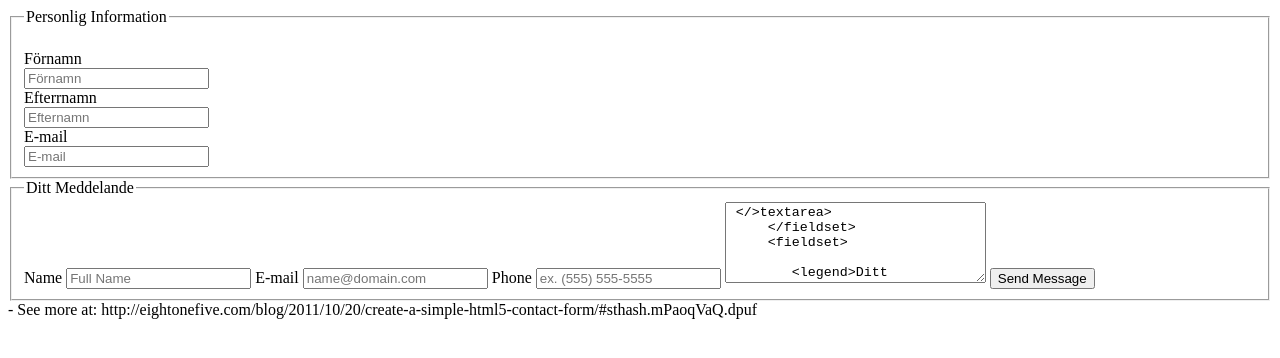
Repository: dn222em/1ik415-laborationer
Page: pages/Kontakt.html
The author's editor kept a record of every edit. The page is drawn from the files as they stood at one moment, then again after the next edit.
The browser window is 1280 px wide. The pictures show the whole page.

Above is the page before.

After the next edit:
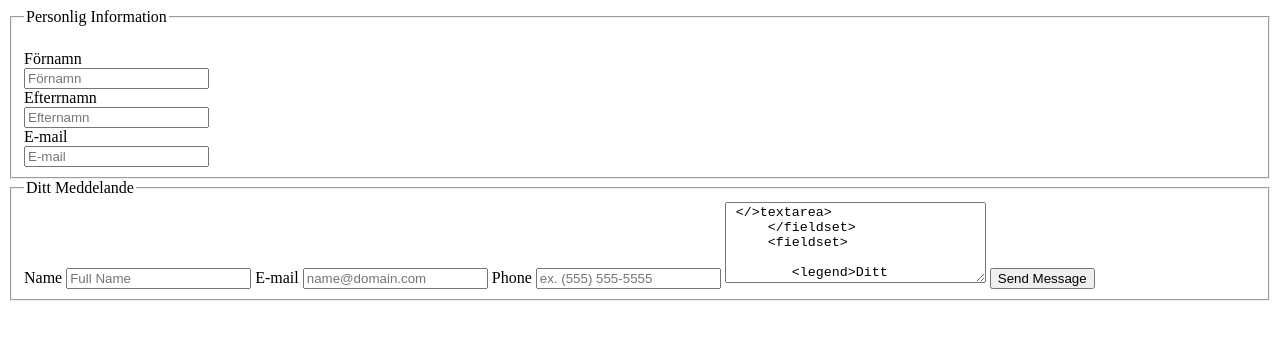
The edit:
--- a/pages/Kontakt.html
+++ b/pages/Kontakt.html
@@ -60,7 +60,7 @@
 <input type="submit" name="submit" id="submit" value="Send Message" />
 
 </fieldset>
-- See more at: http://eightonefive.com/blog/2011/10/20/create-a-simple-html5-contact-form/#sthash.mPaoqVaQ.dpuf
+
         </form>
 
 
